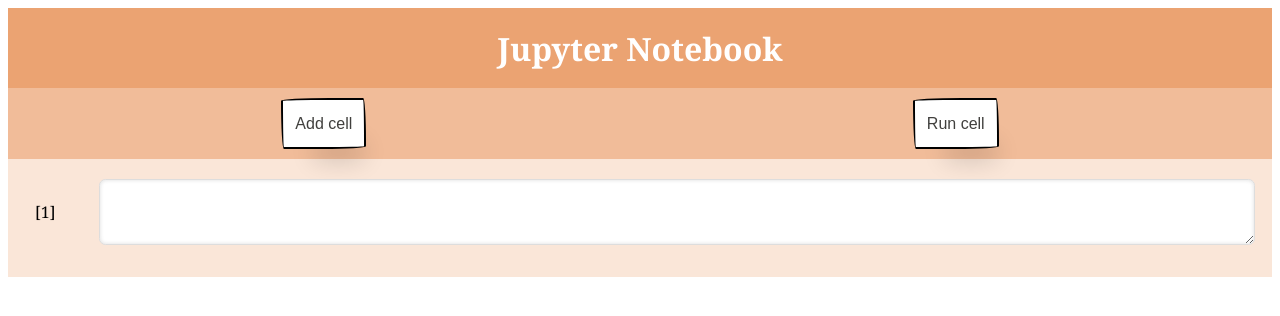
Repository: lingzi-liu/jupyter_notebook_prototype
Page: http://localhost/
An editor plug-in stored every save of this project. The page is shown before and after the next save, followed by the edit.
The browser window is 1280 px wide. The pictures show the whole page.
The page is served by the project's application, run on Flask 3 (app.py).

Above is the page before, as saved 2022-11-13 12:24:39.

After the next save:
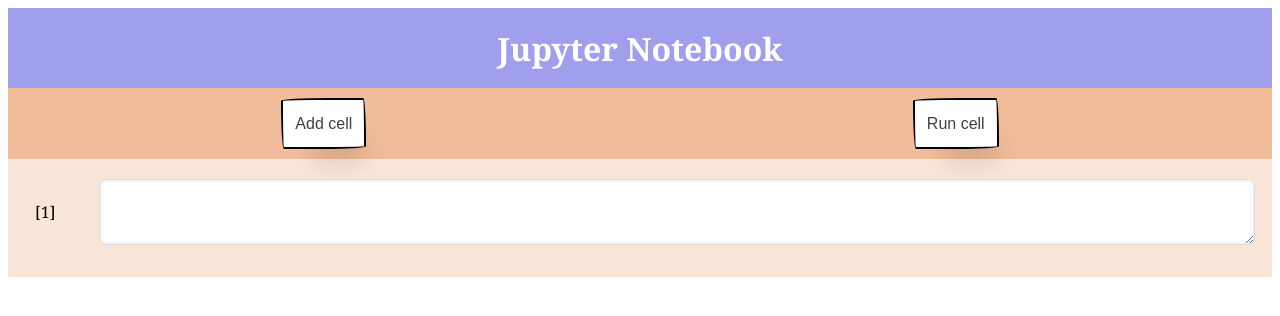
Saved 2 min 1 s later.
--- a/static/styles/style.css
+++ b/static/styles/style.css
@@ -1,6 +1,6 @@
 #nav {
   height: 80px;
-  background-color: rgba(228, 126, 58, 0.712);
+  background-color: rgba(123, 121, 230, 0.712);
   font-weight: bold;
   display: flex;
   align-items: center;
